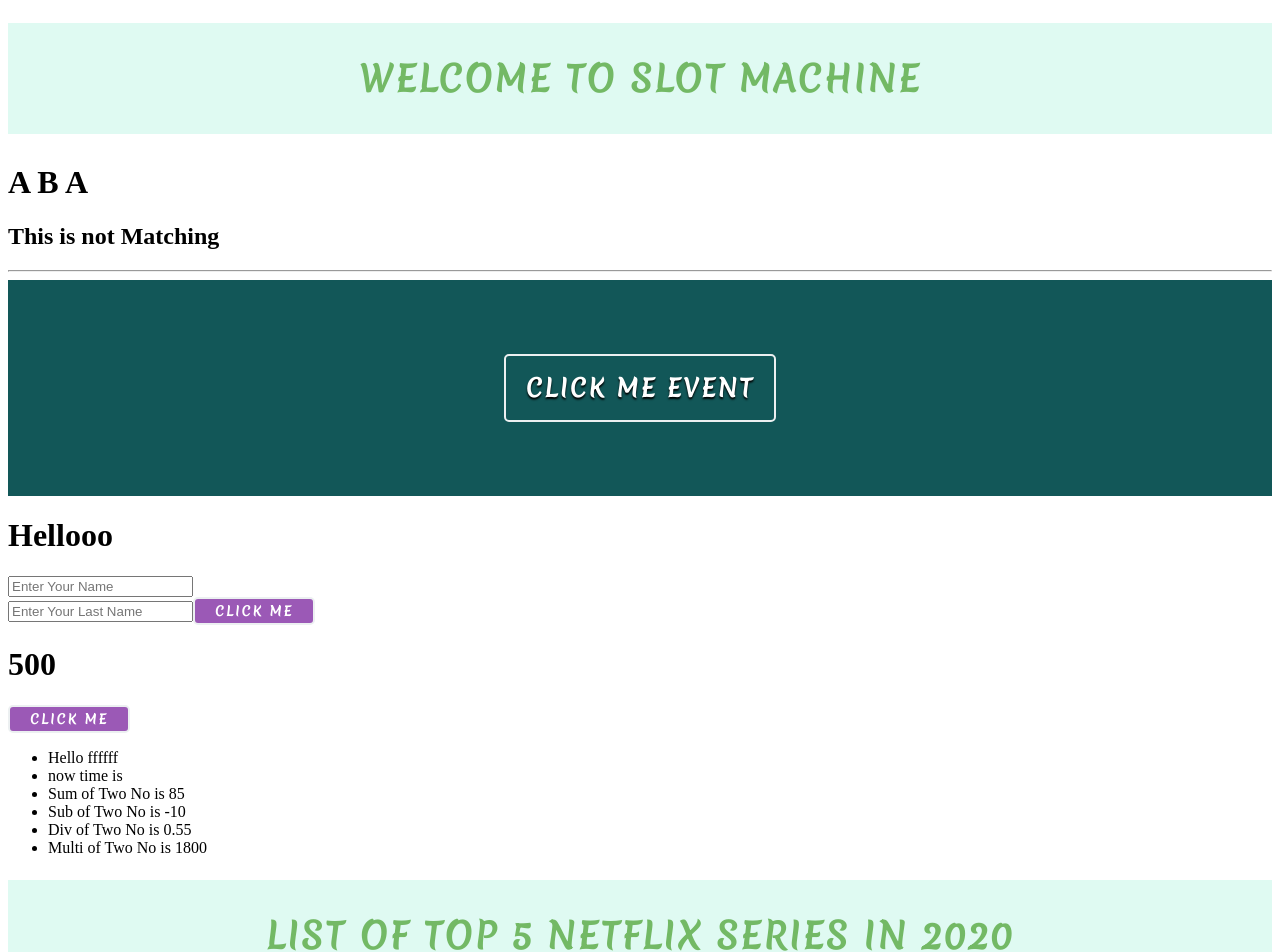
Repository: hardik2626/reactlearn2020
Page: /
The author's editor kept a copy of each file at every save. The page is drawn from the files as they stood at one save, then again after the next save.
The browser window is 1280 px wide. The pictures show the part of the page from y = 0 to 952 px (the page is 2120 px tall).
The project was rebuilt for these pictures with package versions that can differ from the ones it lists, and the page was loaded fresh each time.

Above is the page before, as saved 2020-10-12 18:22:44.

### public/index.html
<!DOCTYPE html>
<html lang="en">

<head>
    <meta charset="utf-8" />
    <link rel="icon" href="%PUBLIC_URL%/favicon.ico" />
    <meta name="viewport" content="width=device-width, initial-scale=1" />
    <meta name="theme-color" content="#000000" />
    <meta name="description" content="Web site created using create-react-app" />
    <link rel="apple-touch-icon" href="%PUBLIC_URL%/logo192.png" />
    <!--
      manifest.json provides metadata used when your web app is installed on a
      user's mobile device or desktop. See https://developers.google.com/web/fundamentals/web-app-manifest/
    -->
    <link rel="manifest" href="%PUBLIC_URL%/manifest.json" />
    <!--
      Notice the use of %PUBLIC_URL% in the tags above.
      It will be replaced with the URL of the `public` folder during the build.
      Only files inside the `public` folder can be referenced from the HTML.

      Unlike "/favicon.ico" or "favicon.ico", "%PUBLIC_URL%/favicon.ico" will
      work correctly both with client-side routing and a non-root public URL.
      Learn how to configure a non-root public URL by running `npm run build`.
    -->
    <link href="https://fonts.googleapis.com/css2?family=Merienda&display=swap" rel="stylesheet">
    <title>React App</title>
</head>

<body>
    <noscript>You need to enable JavaScript to run this app.</noscript>
    <div id="root"></div>
    <!--
      This HTML file is a template.
      If you open it directly in the browser, you will see an empty page.

      You can add webfonts, meta tags, or analytics to this file.
      The build step will place the bundled scripts into the <body> tag.

      To begin the development, run `npm start` or `yarn start`.
      To create a production bundle, use `npm run build` or `yarn build`.
    -->
</body>

</html>

### src/index.js
import React from 'react';
import ReactDOM from 'react-dom';
import App from './App';
import Cards from './Cards'
import './index.css';
import Sdata from './Sdata'

//console.log(Sdata[1].sname);

/*function nCard(val){
  //console.log(val);
  return(
    <Cards
     imgsrc={val.imgsrc}
     sname={val.sname}
     title={val.title}
     link={val.link}
     />
  )
}*/



ReactDOM.render(
  <>

  <App myname="ffffff" />


    <h1 className="heading_style">List of TOP 5 Netflix Series in 2020</h1>
    {/* {Sdata.map(nCard)}; */}

    {Sdata.map((val, index) => {
      console.log(index);
      return(
        <React.Fragment key={val.imgsrc}>
        <Cards  imgsrc={val.imgsrc} sname={val.sname} title={val.title} link={val.link} />
        </React.Fragment>
      )
      }
    )};


     { /* <Cards imgsrc={Sdata[1].imgsrc} sname={Sdata[1].sname} title={Sdata[1].title} link={Sdata[1].link} />
     <Cards imgsrc={Sdata[2].imgsrc} sname={Sdata[2].sname} title={Sdata[2].title} link={Sdata[2].link} /> */ }

  </>, document.getElementById('root')
);

### src/App.js
import React from 'react';
import add, { sub, mult, div } from './Calc';
import Eventhand from './Eventhand';
import MachineGame from './MachineGame';
import Myform from './Myform';
import Myhooks from './Myhooks';

function App(props){

  return(
    <>
    <MachineGame />
    <Eventhand />
   <Myform />
   <Myhooks />
  <ul>
  <li>Hello {props.myname}</li>
  <li>now time is {new Date().toLocaleDateString}</li>
    <li>Sum of Two No is {add(45,40)}</li>
    <li>Sub of Two No is {sub(30,40)}</li>
    <li>Div of Two No is {div(22,40)}</li>
    <li>Multi of Two No is {mult(45,40)}</li>
  </ul>
  </>
  )
}

export default App

### src/Cards.jsx
import React from 'react';

function Cards(props){
  //console.log(props)
  return(
    <>
    <div className="cards">
      <div className="card">
        <img src={props.imgsrc} alt="ALPIC" className="card__img" />
        <div className="card__info">
          <span className="card__category">{props.title}</span>
          <h3 className="card__title"> {props.sname} </h3>
          <a href={props.link } target="_blank">
            <button>Watch Now</button>
          </a>
        </div>
      </div>
    </div>
  </>
  )
}
export default Cards

### src/index.css
/* * {
    margin: 0;
    padding: 0;
    box-sizing: border-box;
}

.heading {
    color: blue;
    text-align: center;
    text-transform: capitalize;
    font-weight: bold;
    text-shadow: 0px 2ps 4px #ffe9c5;
    font-family: 'Merienda', cursive;
}

.heading2 {
    color: #c75757;
    text-align: center;
    text-transform: capitalize;
    font-weight: bold;
    font-family: 'Merienda', cursive;
}

.imgDIV {
    width: 200px;
    height: auto;
    margin-top: 20px;
    display: inline;
}

body {
    background-color: #b4f2e1;
    box-sizing: border-box;
    margin: 0;
    padding: 0;
    font-family: 'Gill Sans', 'Gill Sans MT', Calibri, 'Trebuchet MS', sans-serif;
}

div {
    width: 100%;
    height: 100vh;
    display: flex;
    justify-content: center;
    align-items: center;
    margin-top: -30px;
}

h1 {
    padding: 20px;
    background-color: #ffe9c5;
    color: #fa9191;
    border-radius: 20px;
    font-size: 60px;
}

span {
    color: #eb6383;
} */

.heading_style {
    padding: 30px 0;
    text-align: center;
    font-family: 'Merienda', cursive;
    text-transform: uppercase;
    font-size: 35px;
    letter-spacing: 2px;
    font-weight: bold;
    color: #3d9820ab;
    background-color: #b4f2e16b;
    margin-bottom: 30px;
}

.cards {
    width: 100%;
    height: auto;
}

.card {
    margin: 6%;
    background-color: #fff;
    width: 21.25%;
    border-radius: 12%;
    box-shadow: 0px 13px 10px -7px rgba(0, 0, 0, 0.1);
    float: left;
    transition: all 0.4s cubic-bezier(0.175, 0.885, 0, 1);
    -webkit-border-radius: 12%;
    -moz-border-radius: 12%;
    -ms-border-radius: 12%;
    -o-border-radius: 12%;
    -webkit-transition: all 0.4s cubic-bezier(0.175, 0.885, 0, 1);
    -moz-transition: all 0.4s cubic-bezier(0.175, 0.885, 0, 1);
    -ms-transition: all 0.4s cubic-bezier(0.175, 0.885, 0, 1);
    -o-transition: all 0.4s cubic-bezier(0.175, 0.885, 0, 1);
}

.card:hover {
    box-shadow: 0px 30px 18px -8px rgba(0, 0, 0, 0.1);
    transform: scale(1.05, 1.05);
    -webkit-transform: scale(1.05, 1.05);
    -moz-transform: scale(1.05, 1.05);
    -ms-transform: scale(1.05, 1.05);
    -o-transform: scale(1.05, 1.05);
}

.card__img {
    width: 100%;
    height: 235px;
    border-top-left-radius: 12px;
    border-top-right-radius: 12px;
}

.card__info {
    background-color: #fff;
    border-bottom-left-radius: 12px;
    border-bottom-right-radius: 12px;
    padding: 16px 24px 24px 24px;
}

.card__category {
    font-family: 'Franklin Gothic Medium', 'Arial Narrow', Arial, sans-serif;
    text-transform: uppercase;
    font-size: 13px;
    letter-spacing: 2px;
    font-weight: bold;
    color: #868686;
    background-color: #fff;
}

.card__title {
    margin-top: 5px;
    margin-bottom: 10px;
    font-family: 'Merienda', cursive;
    background-color: #fff;
    text-transform: capitalize;
}

button {
    padding: 8px 5px;
    font-family: 'Merienda', cursive;
    text-transform: uppercase;
    font-size: 13px;
    letter-spacing: 2px;
    font-weight: bold;
    color: #868686;
    background-color: #fff;
    outline: none;
    border: 1px solid #000;
    cursor: pointer;
}

button {
    line-height: 24px;
    padding: 0 20px;
    background-color: #9b59b6;
    color: #fff;
    border: 2px solid #ecf0f1;
    outline: none;
    border-radius: 5px;
    text-transform: uppercase;
    cursor: pointer;
    -webkit-border-radius: 5px;
    -moz-border-radius: 5px;
    -ms-border-radius: 5px;
    -o-border-radius: 5px;
}

.evnthnd {
    color: White;
    background: transparent;
    text-shadow: 0 2px 2px #000;
    font-size: 24px;
    padding: 20px;
}

div.evnt {
    width: 100%;
    height: 30vh;
    display: flex;
    justify-content: center;
    align-items: center;
    background-color: violet;
    flex-direction: column;
}

### src/Sdata.jsx
const Sdata = [{
        imgsrc : "https://picsum.photos/500/300",
        sname : "DARK",
        title : " A Netflix Original Series",
        link : "https://www.google.com/"
    },
    {
        imgsrc : "https://picsum.photos/500/330",
        sname : "Extra Carricular",
        title : " A Netflix Original Series",
        link : "https://www.google.com/"
    },
    {
        imgsrc : "https://picsum.photos/500/340",
        sname : "MasterCard",
        title : " A Netflix Original Series",
        link : "https://www.google.com/"
    },
    {
        imgsrc : "https://picsum.photos/500/335",
        sname : "TrueLove",
        title : " A ZEE  Series",
        link : "https://www.google.com/"
    },
    {
        imgsrc : "https://picsum.photos/500/345",
        sname : "Khul JA Sim Sim",
        title : " A ZEE5  Series",
        link : "https://www.google.com/"
    },
    {
        imgsrc : "https://picsum.photos/500/339",
        sname : "Extra Carricular",
        title : " A Netflix Original Series",
        link : "https://www.google.com/"
    }

];
export default Sdata

### src/Calc.jsx
import React from 'react';

function add(a, b) {
    let sum = a + b;
    return sum;
}
export default add;

function sub(a, b) {
    let sub = a - b;
    return sub;
}


function mult(a, b) {
    let mult = a * b;
    return mult;
}


function div(a, b) {
    let div = a / b;
    return div;
}
export { sub, mult, div };

### src/Eventhand.js
import React, { Component, useState } from 'react'

const Eventhand = () => {
        const purple = "#125758";
        const Newpurple = "#656987";
        const [bg,setBg] = useState(purple)
        const [ename, setName] = useState('Click Me Event')
        const bgChange = () => {
                //console.log('clickkk');
                let newBg = "#789548"
                setBg(newBg)
                setName("Hardik Devani 🤬 ")
        }
        const bgBack = () => {
                setBg(Newpurple)
                setName('Double Click 😠')
        }
        return(
                <>
                        <div className="evnt" style={{backgroundColor:bg}}>
                                <button className="evnthnd"  onMouseEnter={bgChange} onMouseLeave={bgBack}>
                                {/* <button className="evnthnd"  onClick={bgChange} onDoubleClick={bgBack}> */}
                                {ename}
                                </button>
                        </div>
                </>
        )
}
export default Eventhand;

### src/MachineGame.js
import React, { Component } from 'react'

const  SlotM = () => {
    let x = 'A';
    let y = 'B';
    let z = 'A';

    if( (x===y) && (y===z) ){
        return(
            <>
                <div className="slot">
                    <h1>{x} {y} {z}</h1>
                    <h2>This is Matching</h2>
                    <hr/>

                </div>
            </>
        )
    } else {
        return(
            <>
                <div className="slot">
                    <h1>{x} {y} {z}</h1>
                    <h2>This is not Matching</h2>
                    <hr/>

                </div>
            </>
        )
    }
}

const MachineGame = () =>{
    return(
        <>
            <h1 className="heading_style"> Welcome to <span style={{fontWeight:'bold'}}>Slot Machine</span>  </h1>
            <SlotM />
        </>
    )
}

export default MachineGame

### src/Myform.js
import React, { useState } from 'react'

const Myform = () => {

        const [name, setName] = useState('')
        const [lastname, setLastName] = useState('')
        const [fullName, setFullName] = useState('')
        const [lastname2, setLastName2] = useState('')

        const subForm = (event) =>{
                setName(event.target.value)
                //console.log(event.target.value);
        }

        const subFormlname = (event) => {
                setLastName(event.target.value)
        }
        const onSubmit = (event) => {
                event.preventDefault();
                setFullName(name)
                setLastName2(lastname)
        }
        return(
                <>
                <div className="main_div">
                <form onSubmit={onSubmit}>
                        <h1>Hellooo {fullName} {lastname2}</h1>
                        <input type="email" placeholder="Enter Your Name" onChange={subForm} value={name} />
                        <br/>
                        <input type="password" placeholder="Enter Your Last Name" onChange={subFormlname} value={lastname} />
                        <button type="submit">Click Me</button>
                        </form>
                </div>
        </>
        )
}

export default Myform;

### src/Myhooks.js
import React, { useState } from 'react';
let count = 1;

const Myhooks = () => {

        const state = useState();
const [count, setCount] = useState(500);

const IncNum = () => {
        setCount(count + 5)
        //console.log("clicked" + count++)
};

        return(
                <>
                <h1>{count}</h1>
                <button onClick={IncNum}>Click Me</button>
                </>
        )
}
export default Myhooks

After the next save:
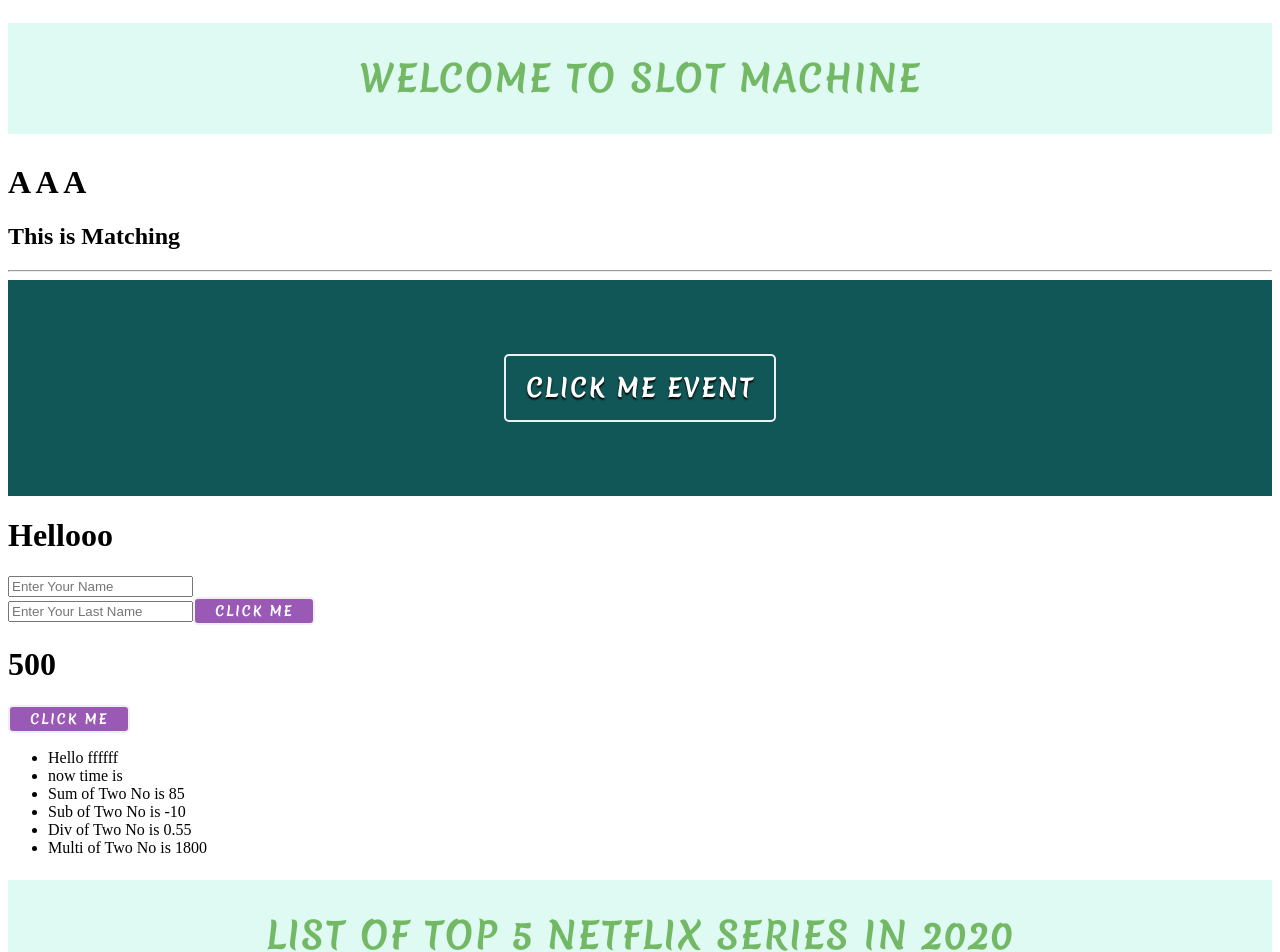
Saved 10 s later.
--- a/src/MachineGame.js
+++ b/src/MachineGame.js
@@ -2,7 +2,7 @@ import React, { Component } from 'react'
 
 const  SlotM = () => {
     let x = 'A';
-    let y = 'B';
+    let y = 'A';
     let z = 'A';
 
     if( (x===y) && (y===z) ){
